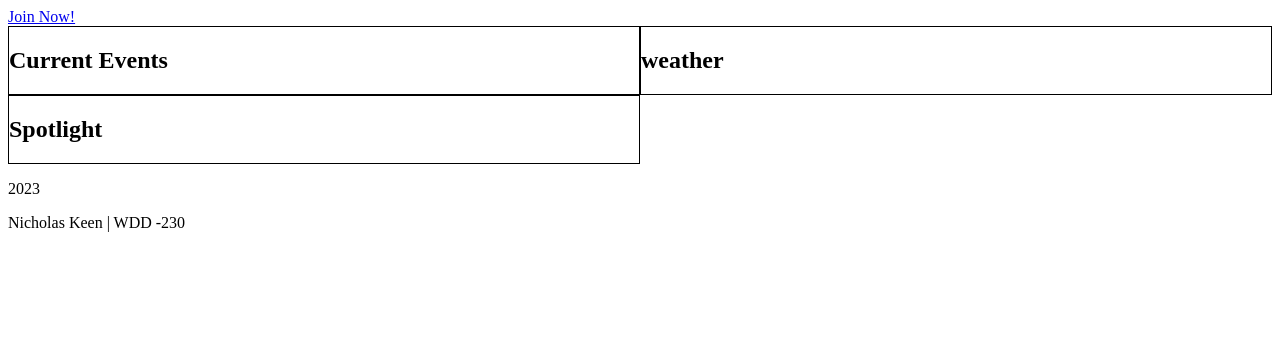
Repository: nak97/WDD230
Page: lesson03/chamber.html
These files come from the project's save history. The page is drawn as it stood at one moment and after the next save; the edit follows.
The browser window is 1280 px wide. The pictures show the whole page.
Some web fonts or font styles are not loaded; a fallback is used.

Above is the page before, as saved 2023-10-07 19:42:22.

### lesson03/chamber.html
<!DOCTYPE html>
<html lang="en">
<head>
  <meta charset="UTF-8">
  <meta name="viewport" content="width=device-width, initial-scale=1.0">
  <meta name="description" content="WDD 230 - Nicholas Keen  - Web Frontend Development chamber-site-plan">
  <meta name="author" content="Nicholas Keen">
  <meta property="og:title" content="facebook"/>
  <meta property="og:type" content="website" />
  <meta property="og:url" content="facebook.com" />
  <meta property="og:image" content="images/facebook-meta-tag-pic.png" />
  <title>Chamber site plan</title>
  <link rel="stylesheet" href="/lesson03/styles/medium.css">
  <link rel="stylesheet" href="/lesson03/styles/large.css">
  <link rel="stylesheet" href="/lesson03/base.css">
  <link rel="preconnect" href="https://fonts.googleapis.com">
  <link rel="preconnect" href="https://fonts.gstatic.com" crossorigin>
  <link href="https://fonts.googleapis.com/css2?family=Gajraj+One&family=Montserrat:wght@700&family=Young+Serif&display=swap" rel="stylesheet">
  <title>Chamber</title>
</head>
<body>
  <header>

  </header>
  <nav class="navigation" >
    <a href="#">Join Now!</a>
  </nav>

  <main>
<!-- <img src="https://imgs.search.brave.com/JFc6OAb8GeWjekpeVgYFRLz9ljMKk6hGTTPaqdilQQg/rs:fit:500:0:0/g:ce/aHR0cHM6Ly90NC5m/dGNkbi5uZXQvanBn/LzAzLzI4LzMzLzIz/LzM2MF9GXzMyODMz/MjM5NV82THd3Z0Rr/eDdqTlU4MVBDYW9k/UUtwVGZENjVUSjJ6/Ry5qcGc" alt=""> -->

<section class="current-events">
<h1>Current Events </h1>

</section>


<section class="weather">
<h1>weather</h1>

</section>




<section class="spotlights">
<h1>Spotlight</h1>

</section>
  </main>

  <footer>
  <p> <i class="fa-sharp fa-light fa-copyright"></i>2023 </p>
  <p> Nicholas Keen |  WDD -230 <br> </p>
  <p id="lastModified"></p>
  </footer>

</body>
</html>

### lesson03/base.css
 /* body{
  background-image: url(https://imgs.search.brave.com/JFc6OAb8GeWjekpeVgYFRLz9ljMKk6hGTTPaqdilQQg/rs:fit:500:0:0/g:ce/aHR0cHM6Ly90NC5m/dGNkbi5uZXQvanBn/LzAzLzI4LzMzLzIz/LzM2MF9GXzMyODMz/MjM5NV82THd3Z0Rr/eDdqTlU4MVBDYW9k/UUtwVGZENjVUSjJ6/Ry5qcGc);
  background-repeat: no-repeat;
}  */


main {
  display: grid;
  grid-template-columns: 1fr 1fr;
}
section {
  border: 1px solid black;
}

Loaded but not shown: lesson03/styles/medium.css (no stored copy; drawn as an empty file); lesson03/styles/large.css (no stored copy; drawn as an empty file)

After the next save:
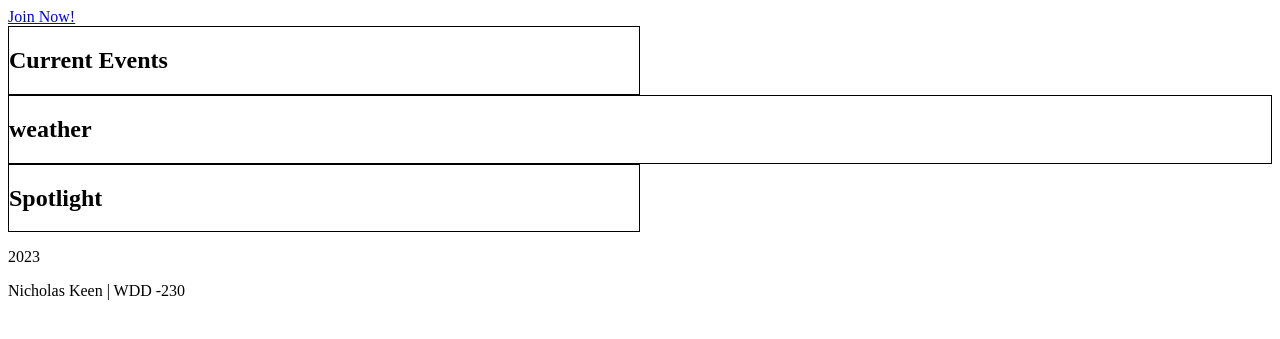
Saved 4 min 48 s later.
--- a/lesson03/base.css
+++ b/lesson03/base.css
@@ -11,3 +11,12 @@ main {
 section {
   border: 1px solid black;
 }
+
+.weather  {
+  grid-column: 1/3;
+}
+
+.spotlight {
+  grid-column: 2;
+    grid-row: 1;
+}
